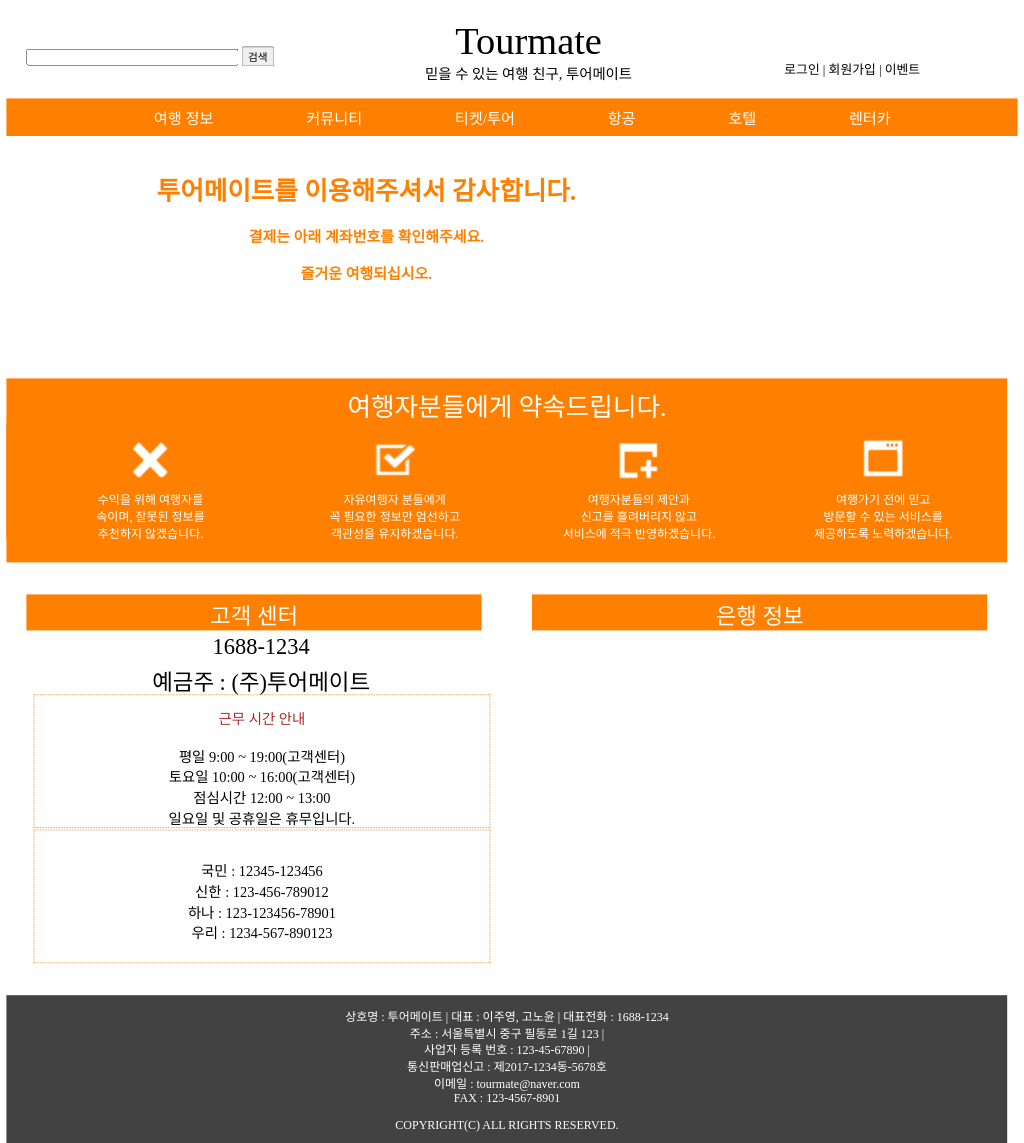
Repository: nohyoonko/2017-2-WP-Tourmate
Page: http://localhost/Tourmate/항공_ok.jsp
An editor plug-in stored every save of this project. The page is shown before and after the next save, followed by the edit.
The browser window is 1280 px wide. The pictures show the whole page, at 80% of full size.
Some web libraries are served in a nearby version. The page is served by Tomcat 9. Other server files are loaded and not shown.

Above is the page before, as saved 2017-12-06 13:19:20.

### eclipse-workspace/Tourmate/WebContent/항공_ok.jsp
<%@ page contentType="text/html; charset=UTF-8" pageEncoding="UTF-8"%>
<!DOCTYPE html>
<html lang="ko">
	<head>
		<meta http-equiv="Content-Type" content="text/html; charset=UTF-8" />
		<title>투어메이트</title>
		<script src="http://code.jquery.com/jquery-1.10.1.js"></script>
		<style>
		.orangebox {
         height:250px;
         width:900px;
         color:#FF8000;
         align:center;
         margin-bottom:10px;
      }
		</style>
	</head>
	<body>
		<!-- 제목+메뉴바를 포함한 Header.jsp 파일을 include -->
 		<jsp:include page="Header.jsp" flush="false"/>
		<br><br>
		<div class="orangebox">
			<center>
			<h1>투어메이트를 이용해주셔서 감사합니다.</h1>
			<h3>결제는 아래 계좌번호를 확인해주세요.</h3>
			<h3>즐거운 여행되십시오.</h3>
			</center>
		</div>
		<!-- 회사 정보와 약속을 포함한 Footer.jsp 파일을 include -->
		<jsp:include page="Footer.jsp" flush="false"/>
	</body>
</html>

### eclipse-workspace/Tourmate/WebContent/Header.jsp
<%@ page language="java" contentType="text/html; charset=UTF-8"
    pageEncoding="UTF-8"%>
<!DOCTYPE html PUBLIC "-//W3C//DTD HTML 4.01 Transitional//EN" "http://www.w3.org/TR/html4/loose.dtd">
<html>
<head>
	<meta http-equiv="Content-Type" content="text/html; charset=UTF-8">
	<title>투어메이트</title>
    <style>
        div { font-family: "함초롬돋움"; }

        div.header1 {
            width: 30%;
            float: left;
            margin-left: 25px;
            margin-top: 50px;
        }

        div.header2 {
            width: 33%;
            height: 60px;
            float: left;
            margin-left: 40px;
            margin-top: 15px;
            color: black;
        }

      	div.header2 > a {
        	color:black; text-decoration:none;
      	}

        div.header3 {
            width: 31%;
            height: 50px;
            float: left;
            margin-right: 10px;
            margin-top: 65px;
        }

        .menubar {
 			background: #FF8000;
 			display: inline-block;
  			width: 100%;
		}
		.main { margin: 0; padding: 0; font-size: 19px; }
		.main li {
			padding:0% 3% 0% 3%;
  			float: left;
  			list-style:none;
  			position: relative;
		}
		.main li:first-child { margin-left: 10%; }
		.main li:hover { background: #984807; }
		.main a {
  			color: white;
  			display: block;
  			padding: 10px 20px;
  			text-decoration: none;
		}
		.main ul {
  			background: white;
  			display: none;
  			padding: 0;
  			position: absolute;
  			left: 0;
  			top: 100%;
  			z-index: 2;
  			width: 210px;
		}
		.main ul li { float: none; margin-left: 10%; }
		.main ul a { color: #984807; }
		.main ul li:hover { background: white; }
		.main ul li:hover>a { color: #FF8000; }
	</style>
</head>
<body>
    <div class="header1">
        <input type="text" size=30>
        <input type="submit" value="검색">
    </div>
    <a href="투어메이트.html">
    <div class="header2">
        <center>
            <font face="HYHeadLine" size="7">Tourmate</font><br>
            <font face="함초롬돋움" size="4">믿을 수 있는 여행 친구, 투어메이트</font>
        </center>
    </div>
    </a>
    <div class="header3">
        <center>
            <font size="3">로그인 | 회원가입 | 이벤트</font>
        </center>
    </div>

    <!--상단 메뉴바와 하위 메뉴-->
    <script src="//code.jquery.com/jquery.min.js"></script>
	<script>
	$(function(){
  		$(".main li").hover(function(){
    		$('ul:first',this).show();
  		}, function(){
    		$('ul:first',this).hide();
  		});
	});
	</script>

        <div class="menubar">
        <ul class="main">
            <li>
                 <a href="#">여행 정보</a>
                 <ul>
                  <li><a href="인기_여행_도시.jsp">인기 여행 도시</a></li>
                  <li><a href="여행_준비.jsp">여행 준비</a></li>
               </ul>
            </li>

            <li>
                <a href="#">커뮤니티</a>
                <ul>
                    <li><a href="여행_후기.jsp">여행 후기</a></li>
                </ul>
            </li>

            <li>
                <a href="#">티켓/투어</a>
                <ul>
                    <li><a href="티켓투어_한국.jsp">한국</a></li>
                    <li><a href="티켓투어_홍콩.jsp">홍콩</a></li>
                    <li><a href="티켓투어_일본.jsp">일본</a></li>
                    <li><a href="티켓투어_싱가포르.jsp">싱가포르</a></li>
                    <li><a href="티켓투어_대만.jsp">대만</a></li>
                </ul>
            </li>

            <li><a href="항공.jsp">항공</a></li>
            <li><a href="호텔.jsp">호텔</a></li>
            <li><a href="렌터카.jsp">렌터카</a></li>
        </ul>
    </div>
</body>
</html>

### eclipse-workspace/Tourmate/WebContent/Footer.jsp
<%@ page language="java" contentType="text/html; charset=UTF-8"
    pageEncoding="UTF-8"%>
<!DOCTYPE html PUBLIC "-//W3C//DTD HTML 4.01 Transitional//EN" "http://www.w3.org/TR/html4/loose.dtd">
<html>
<head>
	<meta http-equiv="Content-Type" content="text/html; charset=UTF-8">
	<title>투어메이트</title>
    <style>
        div { font-family: "함초롬돋움"; }

       div.footer{
         width:99%;
         height:220px;
         float:left;
         background-color:#FF8000;
         color:white;
         text-align:center;
         padding-top:10px;
      }
      div.promise{
         width:20%;
         float:left;
         height:140px;
         background-color:#FF8000;
         color:white;
         font-size:15px;
         text-align:center;
         padding-top:5px;
         padding-left:55px;
      }
      div.footer2{
         width:45%;
         height:40px;
         float:left;
         font-size:28px;
         background-color:#FF8000;
         color:white;
         text-align:center;
         padding-top:5px;
         margin-left:2%;
         margin-right:3%;
         margin-top:40px;
      }
      div.footer3{
         width:45%;
         height:35px;
         float:left;
         font-size:28px;
         text-align:center;
         padding-top:4px;
         margin-left:34px;
         margin-right:34px;
      }
      div.footer4{
         width:45%;
         height:150px;
         float:left;
         font-size:18px;
         text-align:center;
         padding-top:15px;
         margin-top:2px;
         margin-left:34px;
         margin-right:34px;
         border-width: 1px;
         border-style : dotted;
         border-color : #FF8000;
      }
      div.footer5{
         width:99%;
         height:170px;
         font-size:15px;
         background-color:#424242;
         color:white;
         float:left;
         text-align:center;
         padding-top:15px;
         margin-top:40px;
      }
       #fo {width:60px; height:60px; padding:10px 70px 5px 70px;}
	</style>
</head>
<body>
       <div class="footer">
         <font size="6">여행자분들에게 약속드립니다.</font><br>
         <div class="promise">
            <img id="fo" src="main/footer 그림1.png"><br>
            수익을 위해 여행자를<br>
            속이며, 잘못된 정보를<br>
            추천하지 않겠습니다.
         </div>
         <div class="promise">
            <img id="fo" src="main/footer 그림2.png"><br>
            자유여행자 분들에게<br>
            꼭 필요한 정보만 엄선하고<br>
            객관성을 유지하겠습니다.
         </div>
         <div class="promise">
            <img id="fo" src="main/footer 그림3.png"><br>
            여행자분들의 제안과<br>
            신고를 흘려버리지 않고<br>
            서비스에 적극 반영하겠습니다.
         </div>
         <div class="promise">
            <img id="fo" src="main/footer 그림4.png"><br>
            여행가기 전에 믿고<br>
            방문할 수 있는 서비스를<br>
            제공하도록 노력하겠습니다.
         </div>
      </div>
      <br>
      <div class="footer2">고객 센터</div>
      <div class="footer2">은행 정보</div>
      <br>
      <div class="footer3">1688-1234</div>
      <div class="footer3">예금주 : (주)투어메이트</div>
      <br>
      <div class="footer4">
         <font color="brown" size="4">근무 시간 안내</font><br><br>
         평일 9:00 ~ 19:00(고객센터)<br>
         토요일 10:00 ~ 16:00(고객센터)<br>
         점심시간 12:00 ~ 13:00<br>
         일요일 및 공휴일은 휴무입니다.<br>
      </div>
      <div class="footer4"><br>
         국민 : 12345-123456<br>
         신한 : 123-456-789012<br>
         하나 : 123-123456-78901<br>
         우리 : 1234-567-890123<br>
      </div>
      <div class="footer5">
         상호명 : 투어메이트 | 대표 : 이주영, 고노윤 | 대표전화 : 1688-1234<br>
         주소 : 서울특별시 중구 필동로 1길 123 | <br>
         사업자 등록 번호 : 123-45-67890 |<br>
         통신판매업신고 : 제2017-1234동-5678호<br>
         이메일 : tourmate@naver.com<br>
         FAX : 123-4567-8901<br><br>
         COPYRIGHT(C) ALL RIGHTS RESERVED.<br>
      </div>
</body>
</html>

After the next save:
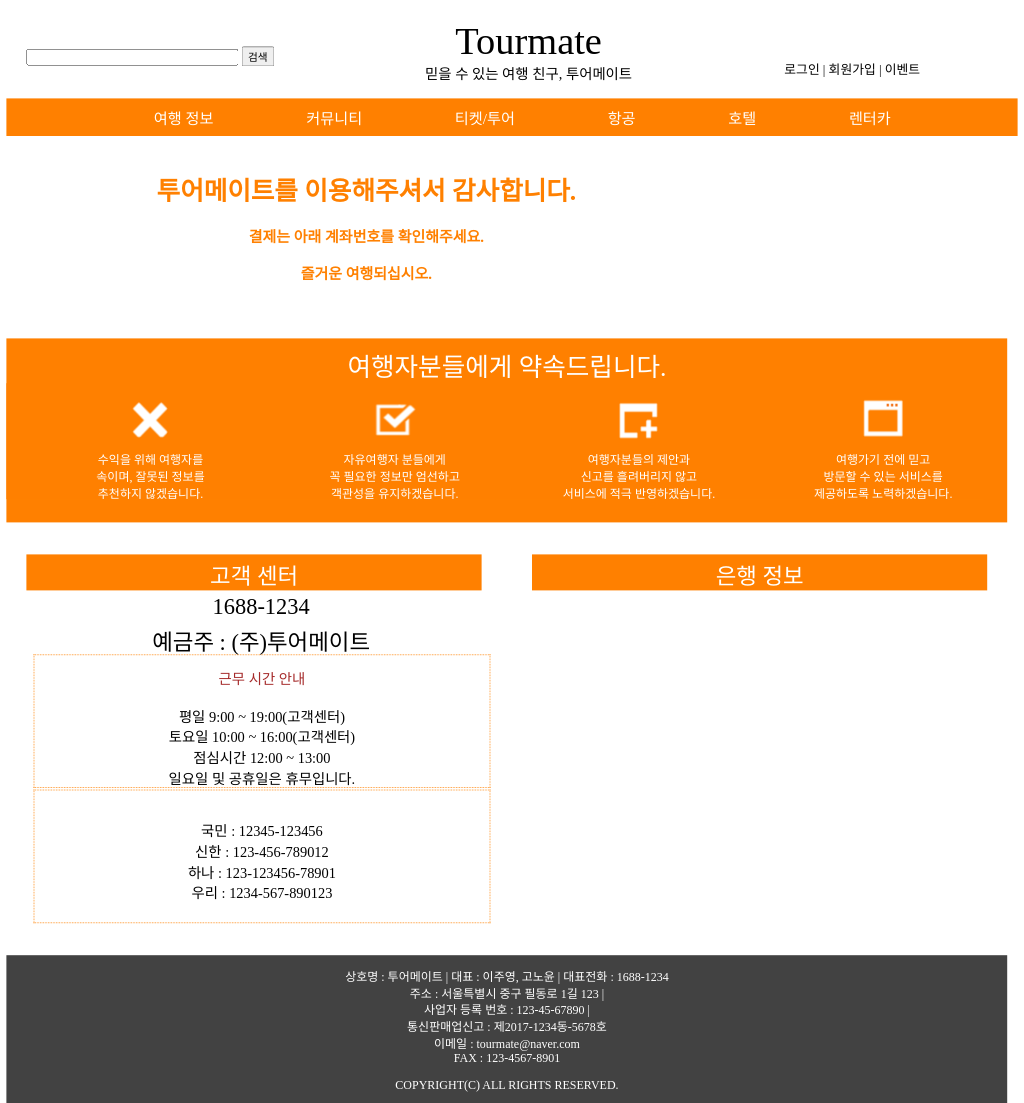
Saved 13 s later.
--- a/eclipse-workspace/Tourmate/WebContent/항공_ok.jsp
+++ b/eclipse-workspace/Tourmate/WebContent/항공_ok.jsp
@@ -7,7 +7,7 @@
 		<script src="http://code.jquery.com/jquery-1.10.1.js"></script>
 		<style>
 		.orangebox {
-         height:250px;
+         height:200px;
          width:900px;
          color:#FF8000;
          align:center;
